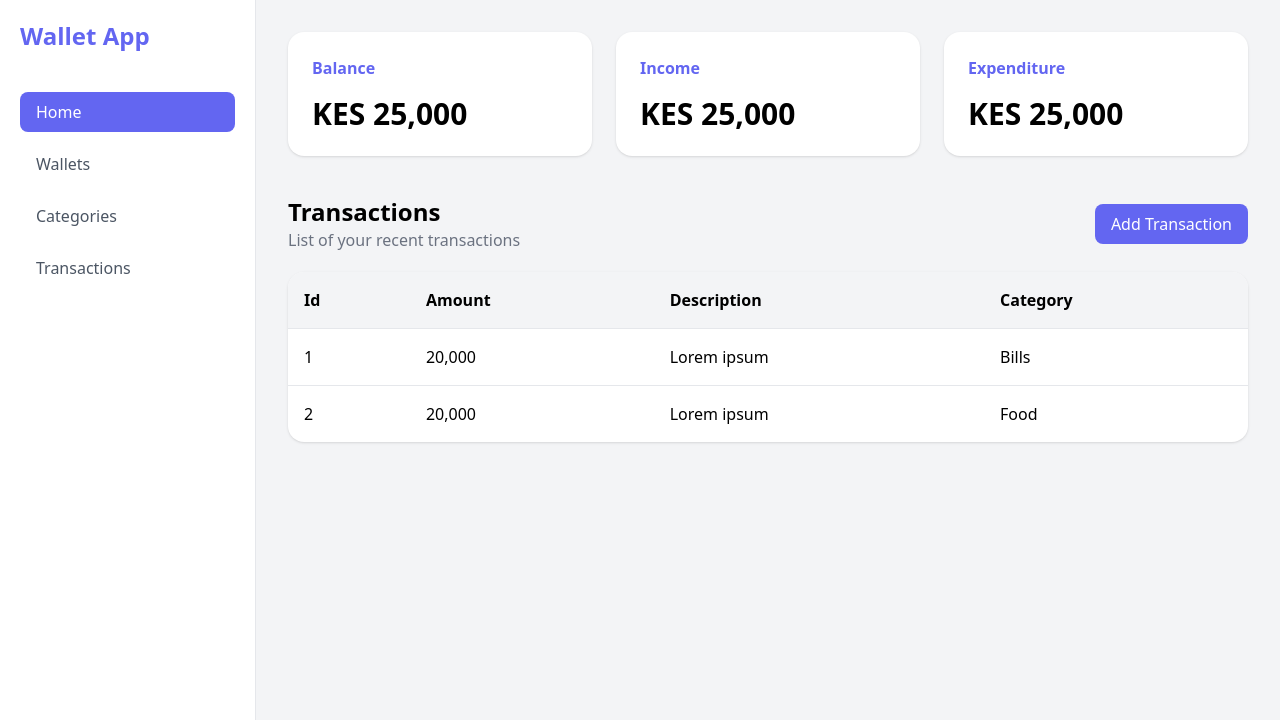
Repository: littlegithu/wallet-app
Page: /dashboard
An editor plug-in stored every save of this project. The page is shown before and after the next save, followed by the edit.
The browser window is 1280 px wide. The pictures show the whole page.
The project was rebuilt for these pictures with package versions that can differ from the ones it lists, and the page was loaded fresh each time. Also part of the build but not shown: src/pages/Home.jsx.

Above is the page before, as saved 2026-05-08 12:55:08.

After the next save:
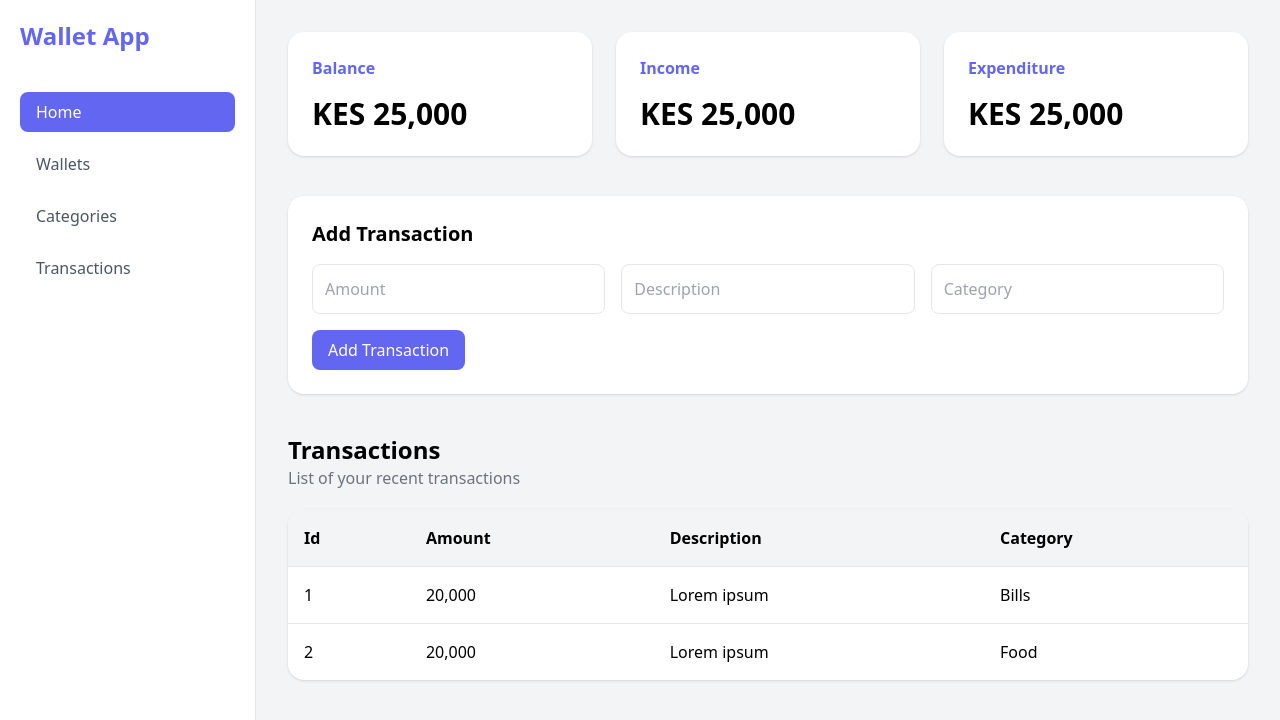
Saved 46 h 2 min later.
--- a/src/pages/Dashboard.jsx
+++ b/src/pages/Dashboard.jsx
@@ -1,11 +1,52 @@
+import { useState } from "react";
 import Sidebar from "../components/sidebar";
 
 function Dashboard() {
+
+  // Transactions state
+  const [transactions, setTransactions] = useState([
+    {
+      id: 1,
+      amount: "20,000",
+      description: "Lorem ipsum",
+      category: "Bills",
+    },
+    {
+      id: 2,
+      amount: "20,000",
+      description: "Lorem ipsum",
+      category: "Food",
+    },
+  ]);
+
+  // Form state
+  const [amount, setAmount] = useState("");
+  const [description, setDescription] = useState("");
+  const [category, setCategory] = useState("");
+
+  // Add transaction function
+  const handleAddTransaction = () => {
+    const newTransaction = {
+      id: transactions.length + 1,
+      amount,
+      description,
+      category,
+    };
+
+    setTransactions([...transactions, newTransaction]);
+
+    // Clear inputs
+    setAmount("");
+    setDescription("");
+    setCategory("");
+  };
+
   return (
     <div className="flex bg-gray-100 min-h-screen">
       <Sidebar />
 
       <div className="flex-1 p-8">
+
         {/* Cards */}
         <div className="grid grid-cols-1 md:grid-cols-3 gap-6">
           <div className="bg-white p-6 rounded-2xl shadow">
@@ -24,6 +65,46 @@ function Dashboard() {
           </div>
         </div>
 
+        {/* Form */}
+        <div className="bg-white p-6 rounded-2xl shadow mt-10">
+          <h2 className="text-xl font-bold mb-4">
+            Add Transaction
+          </h2>
+
+          <div className="grid md:grid-cols-3 gap-4">
+            <input
+              type="text"
+              placeholder="Amount"
+              value={amount}
+              onChange={(e) => setAmount(e.target.value)}
+              className="border p-3 rounded-lg"
+            />
+
+            <input
+              type="text"
+              placeholder="Description"
+              value={description}
+              onChange={(e) => setDescription(e.target.value)}
+              className="border p-3 rounded-lg"
+            />
+
+            <input
+              type="text"
+              placeholder="Category"
+              value={category}
+              onChange={(e) => setCategory(e.target.value)}
+              className="border p-3 rounded-lg"
+            />
+          </div>
+
+          <button
+            onClick={handleAddTransaction}
+            className="bg-indigo-500 text-white px-4 py-2 rounded-lg mt-4"
+          >
+            Add Transaction
+          </button>
+        </div>
+
         {/* Transactions */}
         <div className="mt-10">
           <div className="flex justify-between items-center mb-5">
@@ -33,10 +114,6 @@ function Dashboard() {
                 List of your recent transactions
               </p>
             </div>
-
-            <button className="bg-indigo-500 text-white px-4 py-2 rounded-lg">
-              Add Transaction
-            </button>
           </div>
 
           <div className="bg-white rounded-2xl shadow overflow-hidden">
@@ -51,23 +128,20 @@ function Dashboard() {
               </thead>
 
               <tbody>
-                <tr className="border-t">
-                  <td className="p-4">1</td>
-                  <td className="p-4">20,000</td>
-                  <td className="p-4">Lorem ipsum</td>
-                  <td className="p-4">Bills</td>
-                </tr>
+                {transactions.map((transaction) => (
+                  <tr key={transaction.id} className="border-t">
+                    <td className="p-4">{transaction.id}</td>
+                    <td className="p-4">{transaction.amount}</td>
+                    <td className="p-4">{transaction.description}</td>
+                    <td className="p-4">{transaction.category}</td>
+                  </tr>
+                ))}
+              </tbody>
 
-                <tr className="border-t">
-                  <td className="p-4">2</td>
-                  <td className="p-4">20,000</td>
-                  <td className="p-4">Lorem ipsum</td>
-                  <td className="p-4">Food</td>
-                </tr>
-              </tbody>
             </table>
           </div>
         </div>
+
       </div>
     </div>
   );
